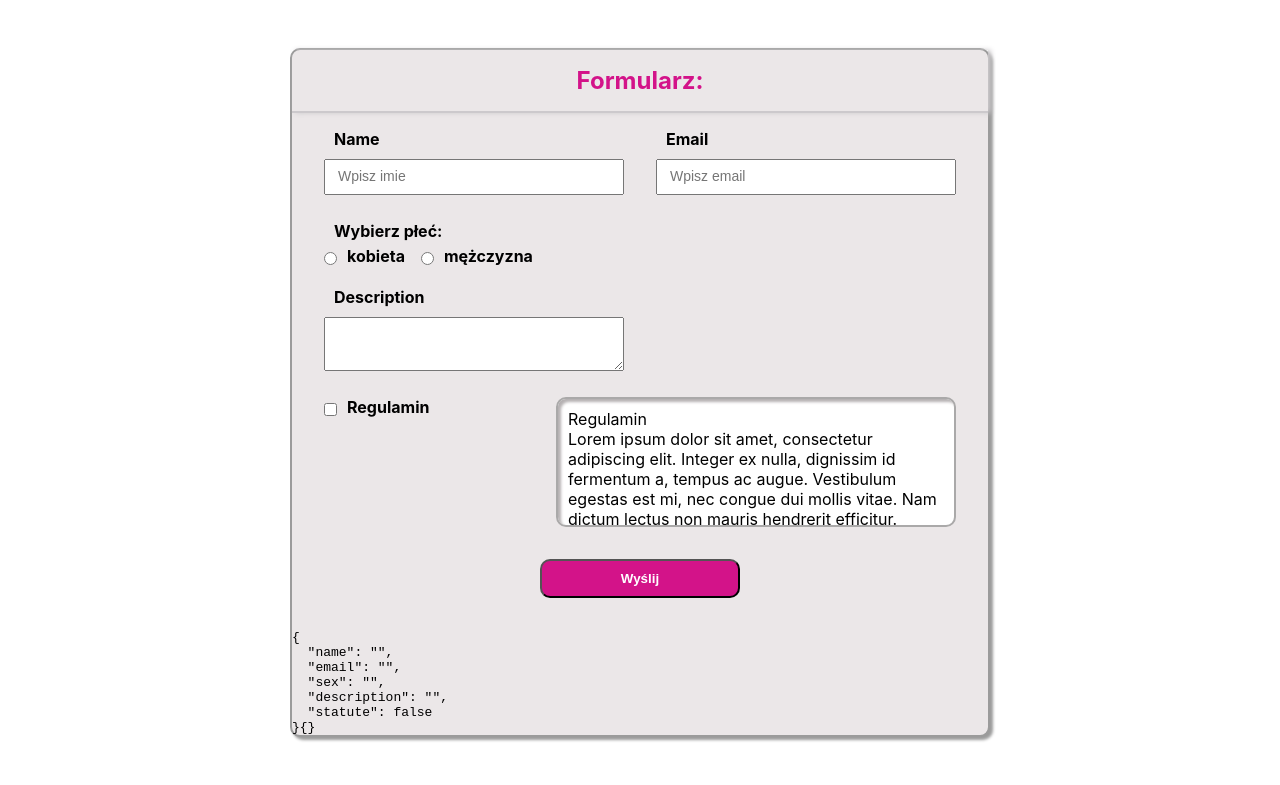
Repository: KrzysKolo/sr_tydzien4_zad3
Page: /
An editor plug-in stored every save of this project. The page is shown before and after the next save, followed by the edit.
The browser window is 1280 px wide. The pictures show the whole page.
The project was rebuilt for these pictures with package versions that can differ from the ones it lists, and the page was loaded fresh each time. Also part of the build but not shown: src/components/FormComponents/TextError.js.

Above is the page before, as saved 2020-11-19 15:11:55.

After the next save:
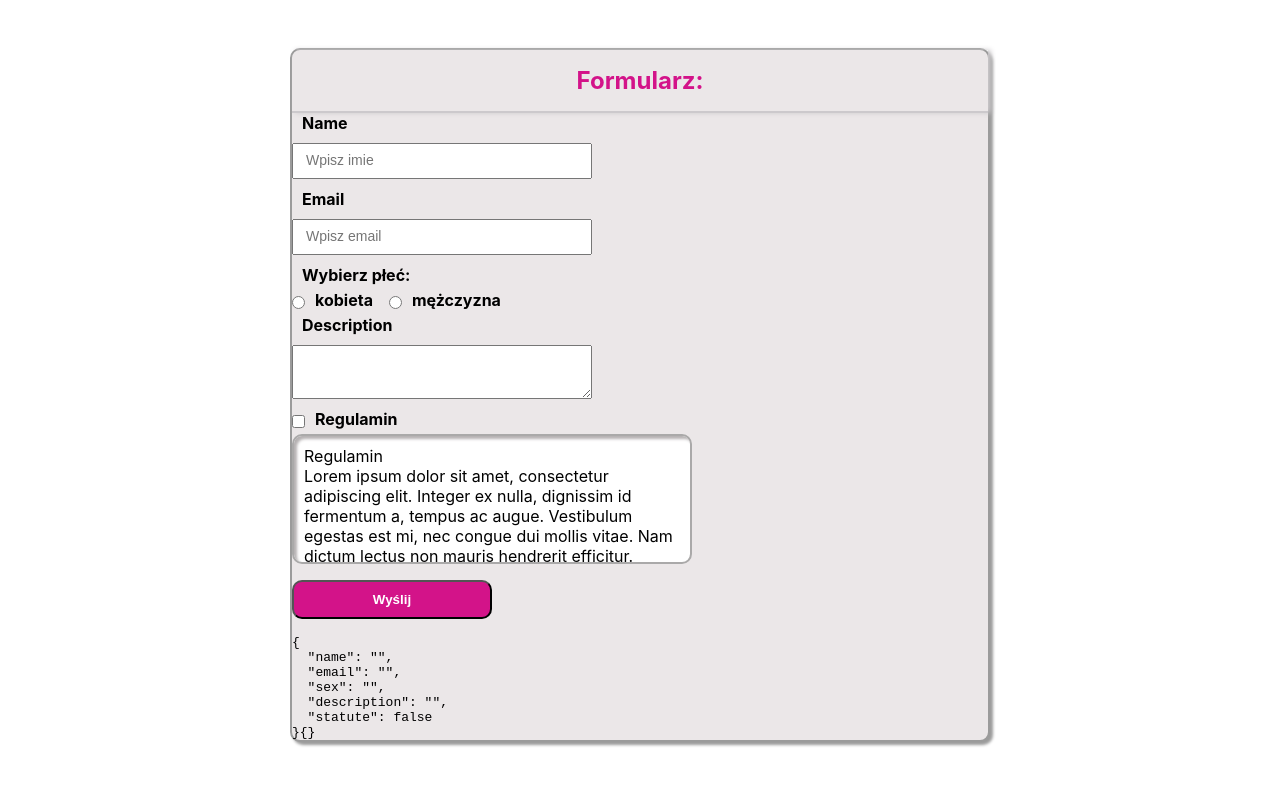
Saved 3 min 12 s later.
--- a/src/App.css
+++ b/src/App.css
@@ -11,12 +11,12 @@
   border-radius: 10px;
   box-shadow: 3px 3px 3px rgb(155, 155, 155);
 }
-.section {
+/* .section {
   display: flex;
   flex-direction: row;
   margin: 1rem 2rem;
   justify-content: space-between;
-}
+} */
 label {
   font-weight: bold;
   display: flex;
